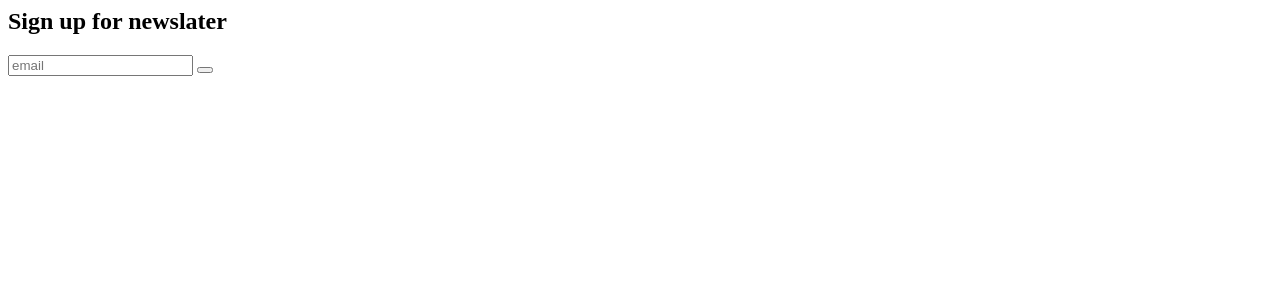
Repository: haifabilel/shop
Page: http://localhost/templates/footer.php
These files come from the project's save history. The page is drawn as it stood at one moment and after a run of saves; the edit follows.
The browser window is 1280 px wide. The pictures show the whole page.
The page is run by PHP 8.4 with error messages shown; the project is at /var/www/html/.

Above is the page before, as saved 2023-12-07 16:01:40.

### templates/footer.php
<div class="top-footer">
    <h2><i class="bx bx-envelope"></i>Sign up for newslater</h2>
    <div class="input-field">
        <input type="text" name="" placeholder="email">
        <button class="btn"></button>
    </div>
</div>

After the next 2 saves:
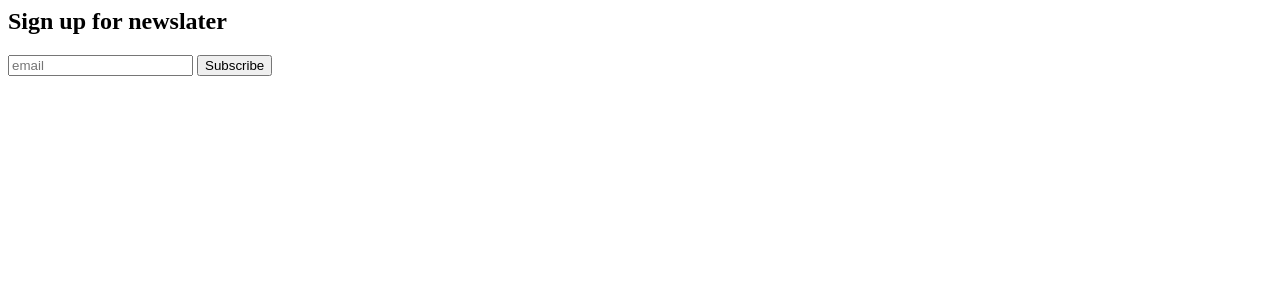
The 2 saves are shown as one change because they came seconds apart.
The last was saved 8 s later.
--- a/templates/footer.php
+++ b/templates/footer.php
@@ -2,6 +2,6 @@
     <h2><i class="bx bx-envelope"></i>Sign up for newslater</h2>
     <div class="input-field">
         <input type="text" name="" placeholder="email">
-        <button class="btn"></button>
+        <button class="btn">Subscribe</button>
     </div>
 </div>
